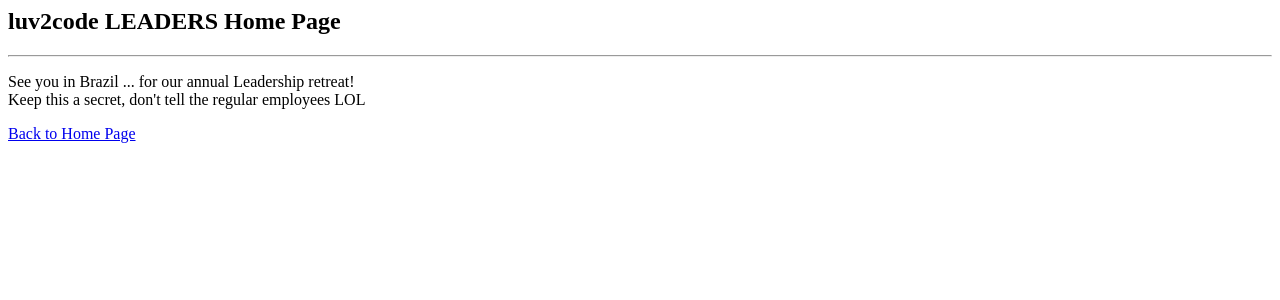
Repository: narasimhamaiya/SpringMVC
Page: http://localhost/spring-security-demo-O7-user-roles/systems
An editor plug-in stored every save of this project. The page is shown before and after the next save, followed by the edit.
The browser window is 1280 px wide. The pictures show the whole page.
The page is served by Tomcat 9.

Above is the page before, as saved 2021-06-21 04:07:28.

After the next save:
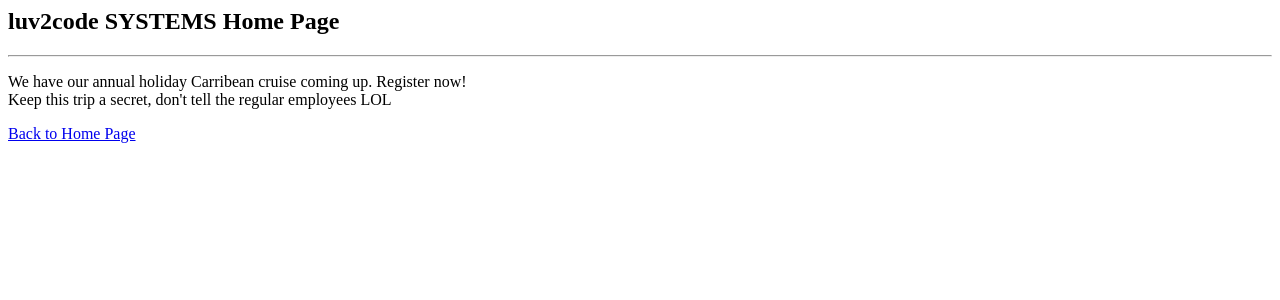
Saved 2 min 11 s later.
--- a/spring-security-demo-O7-user-roles/src/main/webapp/WEB-INF/view/systems.jsp
+++ b/spring-security-demo-O7-user-roles/src/main/webapp/WEB-INF/view/systems.jsp
@@ -1,18 +1,19 @@
 <html>
 
 <head>
-	<title>luv2code LEADERS Home Page</title>
+	<title>luv2code SYSTEMS Home Page</title>
 </head>
 
 <body>
 
-<h2>luv2code LEADERS Home Page</h2>
+<h2>luv2code SYSTEMS Home Page</h2>
 
 <hr>
 
-<p>See you in Brazil ... for our annual Leadership retreat!
+<p>
+We have our annual holiday Carribean cruise coming up. Register now!
 <br>
-Keep this a secret, don't tell the regular employees LOL
+Keep this trip a secret, don't tell the regular employees LOL
 </p>
 
 <a href="${pageContext.request.contextPath}/">Back to Home Page</a>
